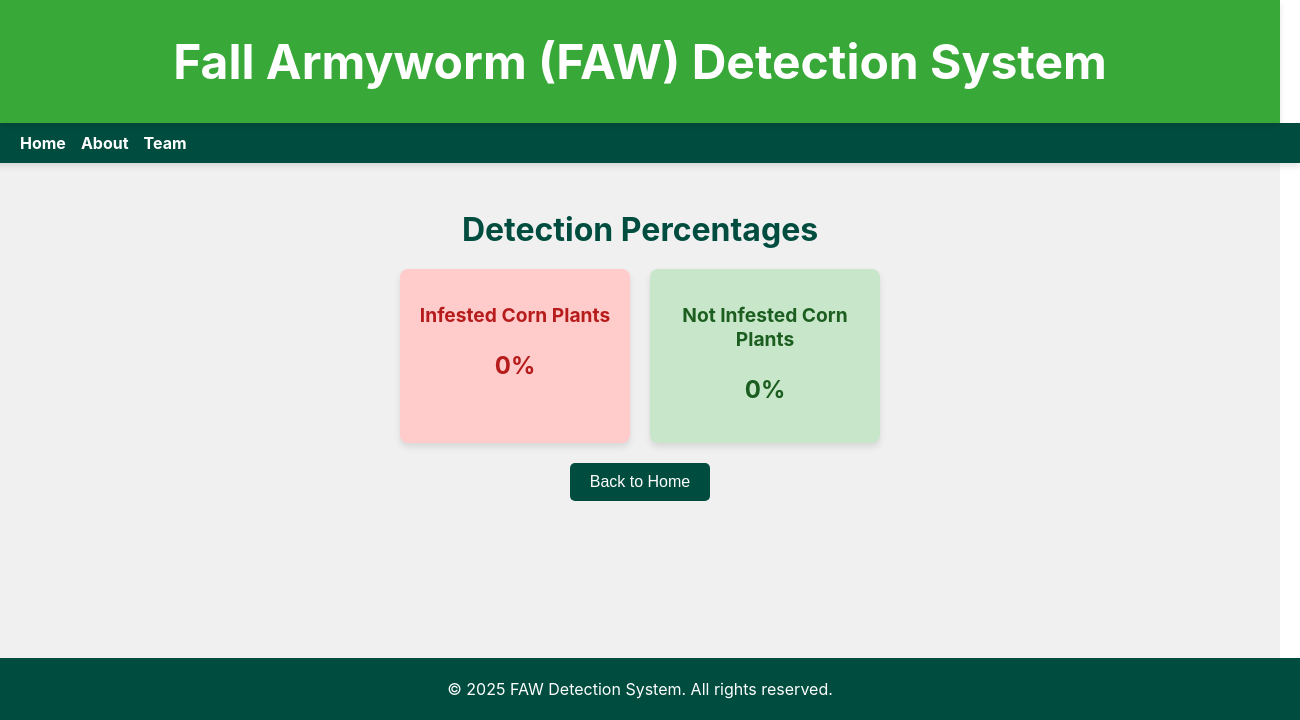
Repository: jansen223/faw-detection-main
Page: /percentages
The author's editor kept a copy of each file at every save. The page is drawn from the files as they stood at one save, then again after the next save.
The browser window is 1280 px wide. The page is 1300 px wide, so the pictures cover 1300 px, including what lies to the right of the window. The pictures show the whole page.
The page's requests for data from a server got no answer. The project was rebuilt for these pictures with package versions that can differ from the ones it lists, and the page was loaded fresh each time. No one was signed in, and anything a server would have sent is missing. Also part of the build but not shown: src/pages/Home.css, src/pages/Home.js, src/pages/About.css, src/pages/About.js, src/pages/Team.css, src/pages/Team.js.

Above is the page before, as saved 2025-04-10 12:31:59.

After the next save:
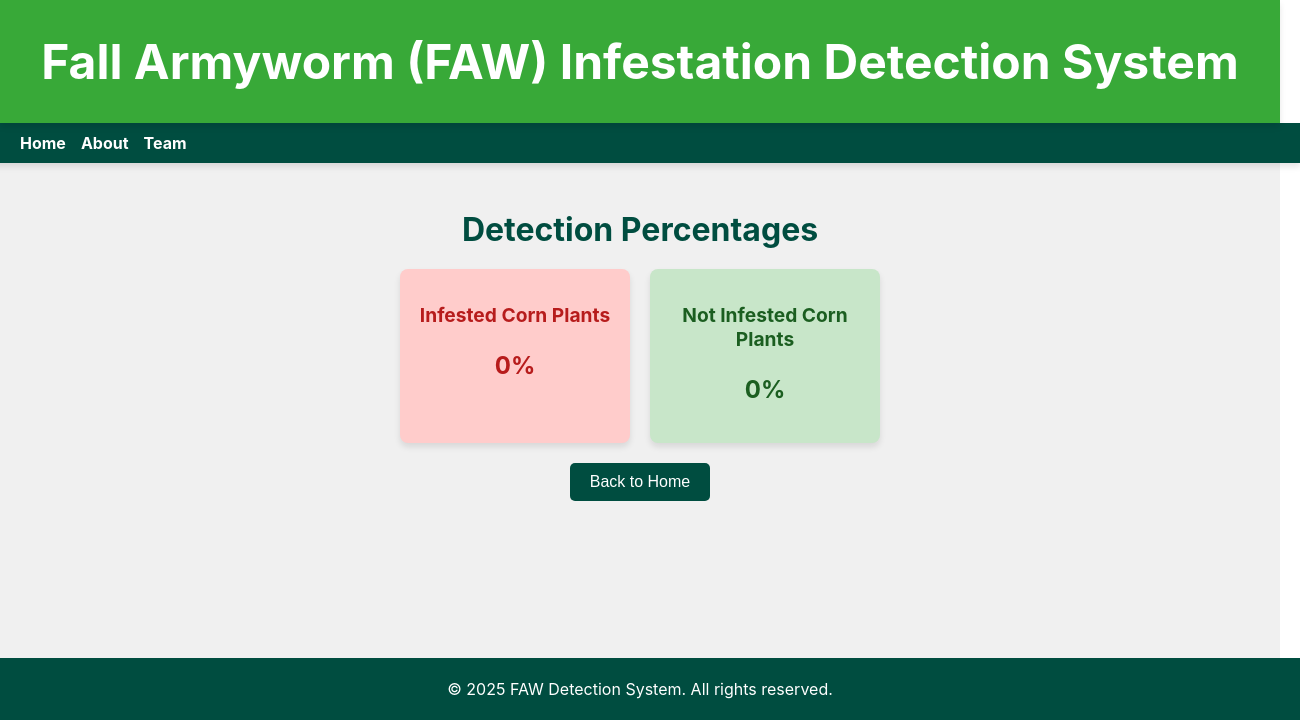
Saved 47 s later.
--- a/src/App.js
+++ b/src/App.js
@@ -65,7 +65,7 @@ function App() {
     <Router>
       <div className="App">
         <header className="App-header">
-          <h1>Fall Armyworm (FAW) Detection System</h1>
+          <h1>Fall Armyworm (FAW) Infestation Detection System</h1>
         </header>
         <nav className="App-navbar">
           <ul>
